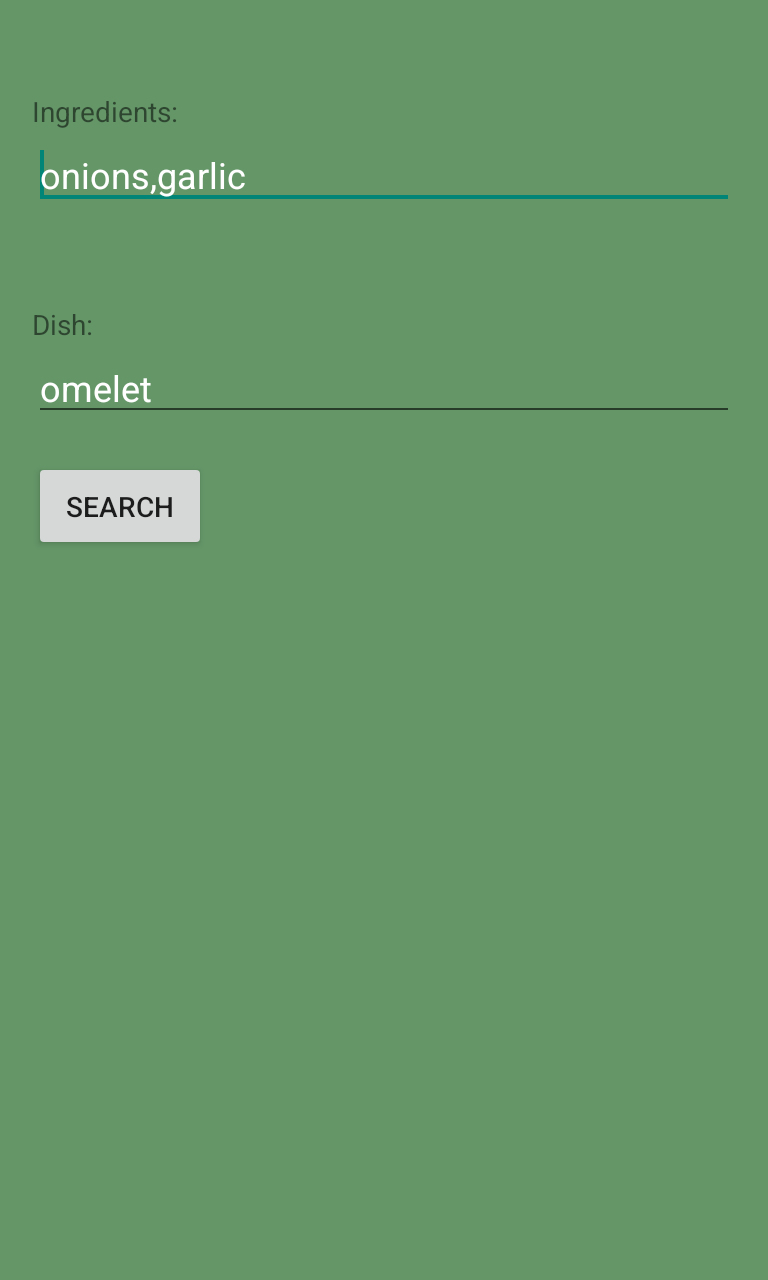
Repository: jerin-m-jose/Recipe-Puppy-Android
Layout: RecipePuppy/MagicRecipe/res/layout/fragment_search.xml
The author's editor kept a copy of each file at every save. The layout is drawn from the files as they stood at one save, then again after the next save.
It is drawn on a 768 x 1280 px phone screen (xhdpi) without system bars, with theme AppTheme; the app's code is not run.

Above is the layout before, as saved 2014-10-03 14:43:41.

### RecipePuppy/MagicRecipe/res/layout/fragment_search.xml
<LinearLayout xmlns:android="http://schemas.android.com/apk/res/android"
    xmlns:tools="http://schemas.android.com/tools"
    android:layout_width="match_parent"
    android:layout_height="match_parent"
    android:background="@color/recipe_green"
    android:orientation="vertical"
    android:paddingBottom="@dimen/activity_vertical_margin"
    android:paddingLeft="@dimen/activity_horizontal_margin"
    android:paddingRight="@dimen/activity_horizontal_margin"
    android:paddingTop="@dimen/activity_vertical_margin"
    tools:context="com.jerin.magicrecipe.MainActivity$PlaceholderFragment" >

    <TextView
        android:id="@+id/ingredientsTextView"
        android:layout_width="wrap_content"
        android:layout_height="wrap_content"
        android:layout_marginTop="30dp"
        android:text="@string/search_ingredients" />

    <EditText
        android:id="@+id/ingredientsEditText"
        android:layout_width="match_parent"
        android:layout_height="wrap_content"
        android:ems="10"
        android:hint="@string/ingredients_search_hint"
        android:textColorHint="@android:color/white" >

        <requestFocus />
    </EditText>

    <TextView
        android:id="@+id/dishTextView"
        android:layout_width="wrap_content"
        android:layout_height="wrap_content"
        android:layout_marginTop="46dp"
        android:text="@string/search_dish" />

    <EditText
        android:id="@+id/dishEditText"
        android:layout_width="match_parent"
        android:layout_height="wrap_content"
        android:ems="10"
        android:hint="@string/dish_search_hint"
        android:textColorHint="@android:color/white" >
    </EditText>

    <Button
        android:id="@+id/searchButton"
        android:layout_width="wrap_content"
        android:layout_height="wrap_content"
        android:layout_marginTop="16dp"
        android:text="@string/search" >
    </Button>

</LinearLayout>

### RecipePuppy/MagicRecipe/res/values/colors.xml
<?xml version="1.0" encoding="utf-8"?>
<resources>
    <color name="recipe_green">#649668</color>

</resources>

### RecipePuppy/MagicRecipe/res/values/strings.xml
<?xml version="1.0" encoding="utf-8"?>
<resources>

    <string name="app_name">Magic Recipe</string>
    <string name="title_section1">Today\'s Special</string>
    <string name="title_section2">Search Recipes</string>
    <string name="title_section3">Search Results</string>
    <string name="navigation_drawer_open">Open navigation drawer</string>
    <string name="navigation_drawer_close">Close navigation drawer</string>
    <string name="action_search_hint">Ingredients</string>
    <string name="action_search">Search</string>
    <string name="action_settings">Settings</string>
    <string name="recipe_image">Recipe Image</string>
    <string name="ingredients">Ingredients:</string>
    <string name="ingredients_search_hint">onions,garlic</string>
    <string name="dish_search_hint">omelet</string>
    <string name="search_ingredients">Ingredients:</string>
    <string name="search_dish">Dish:</string>
    <string name="search">Search</string>

</resources>

Loaded but not shown: RecipePuppy/MagicRecipe/res/values/styles.xml (common file); RecipePuppy/MagicRecipe/res/values-v11/styles.xml (common file); RecipePuppy/MagicRecipe/res/values-v14/styles.xml (common file); RecipePuppy/MagicRecipe/res/values/dimens.xml (common file); RecipePuppy/MagicRecipe/res/values-w820dp/dimens.xml (common file)

After the next save:
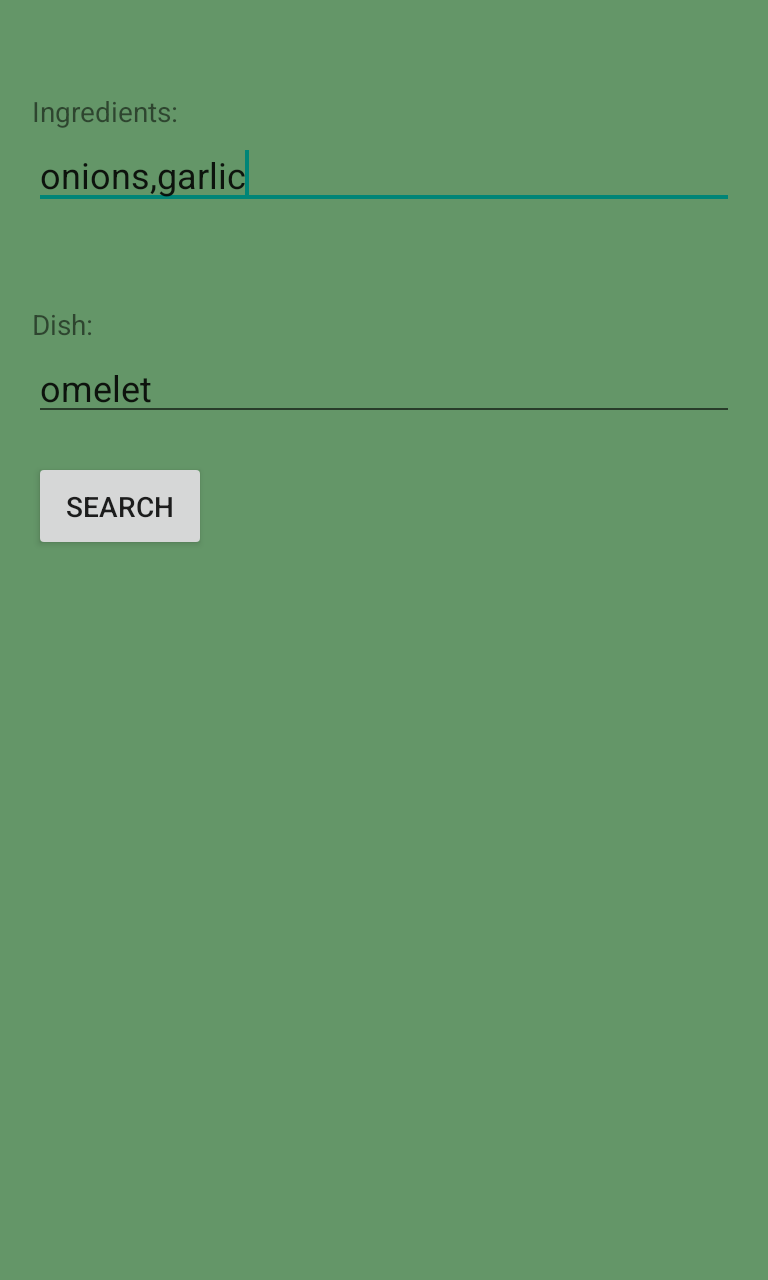
Saved 2 min 15 s later.
--- a/RecipePuppy/MagicRecipe/res/layout/fragment_search.xml
+++ b/RecipePuppy/MagicRecipe/res/layout/fragment_search.xml
@@ -22,8 +22,7 @@
         android:layout_width="match_parent"
         android:layout_height="wrap_content"
         android:ems="10"
-        android:hint="@string/ingredients_search_hint"
-        android:textColorHint="@android:color/white" >
+        android:text="@string/ingredients_search_hint">
 
         <requestFocus />
     </EditText>
@@ -40,8 +39,7 @@
         android:layout_width="match_parent"
         android:layout_height="wrap_content"
         android:ems="10"
-        android:hint="@string/dish_search_hint"
-        android:textColorHint="@android:color/white" >
+        android:text="@string/dish_search_hint">
     </EditText>
 
     <Button
